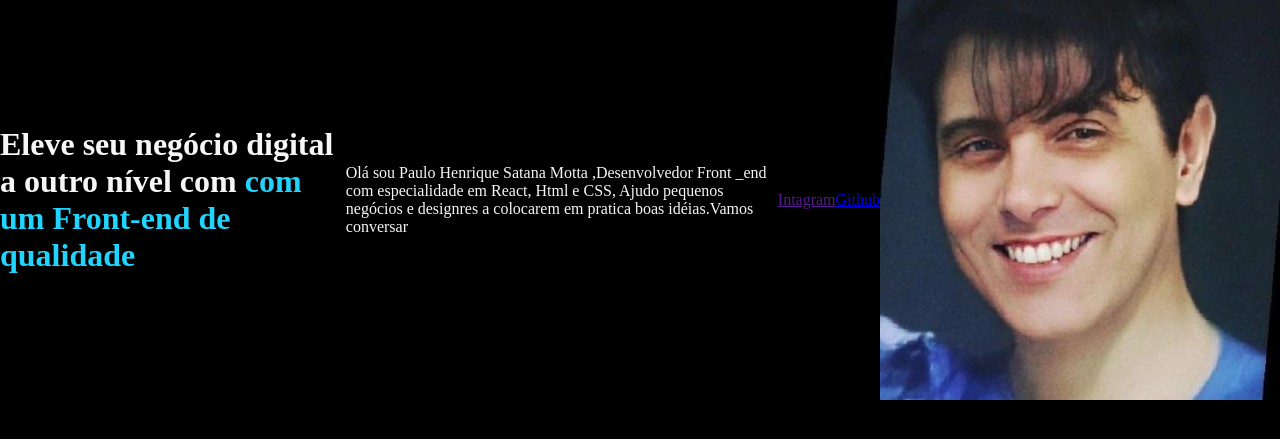
Repository: phsmottanerd/projeto-portfolio-alura
Page: index.html
The author's editor kept a copy of each file at every save. The page is drawn from the files as they stood at one save, then again after the next save.
The browser window is 1280 px wide. The pictures show the whole page.

Above is the page before, as saved 2025-01-23 02:15:04.

After the next save:
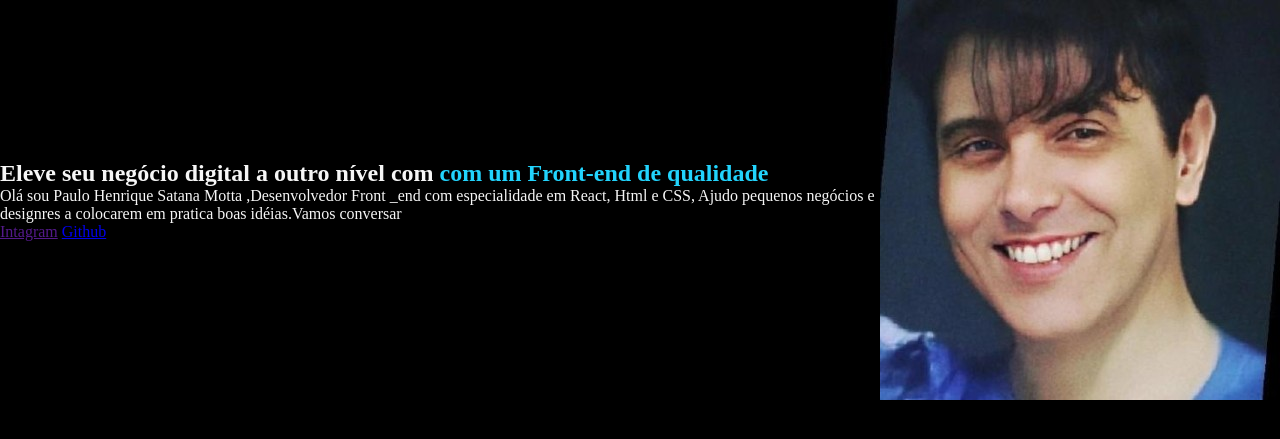
Saved 2 min 1 s later.
--- a/index.html
+++ b/index.html
@@ -9,14 +9,14 @@
 <body>
     <header></header>
     <main class="apresentacao">
-       <section></section>
-        <h1> Eleve seu negócio digital a outro nível com <strong class="titulo-destaque">  com um Front-end de qualidade</strong></h1>
-    <p>Olá sou Paulo Henrique Satana Motta ,Desenvolvedor Front _end
-         com especialidade em React, Html e CSS, Ajudo pequenos negócios e designres a colocarem em pratica boas
-         idéias.Vamos conversar
-    </p>
-<a href="">Intagram</a>
-<a href="https://github.com/phsmottanerd?tab=repositories">Github</a>
+       <section>
+            <h1> Eleve seu negócio digital a outro nível com <strong class="titulo-destaque">  com um Front-end de qualidade</strong></h1>
+        <p>Olá sou Paulo Henrique Satana Motta ,Desenvolvedor Front _end
+            com especialidade em React, Html e CSS, Ajudo pequenos negócios e designres a colocarem em pratica boas
+            idéias.Vamos conversar
+        </p>
+    <a href="">Intagram</a>
+    <a href="https://github.com/phsmottanerd?tab=repositories">Github</a>
 </section>
 <img src="./img/1722867171561.jpg" alt="imgem-foto">
     </main>
